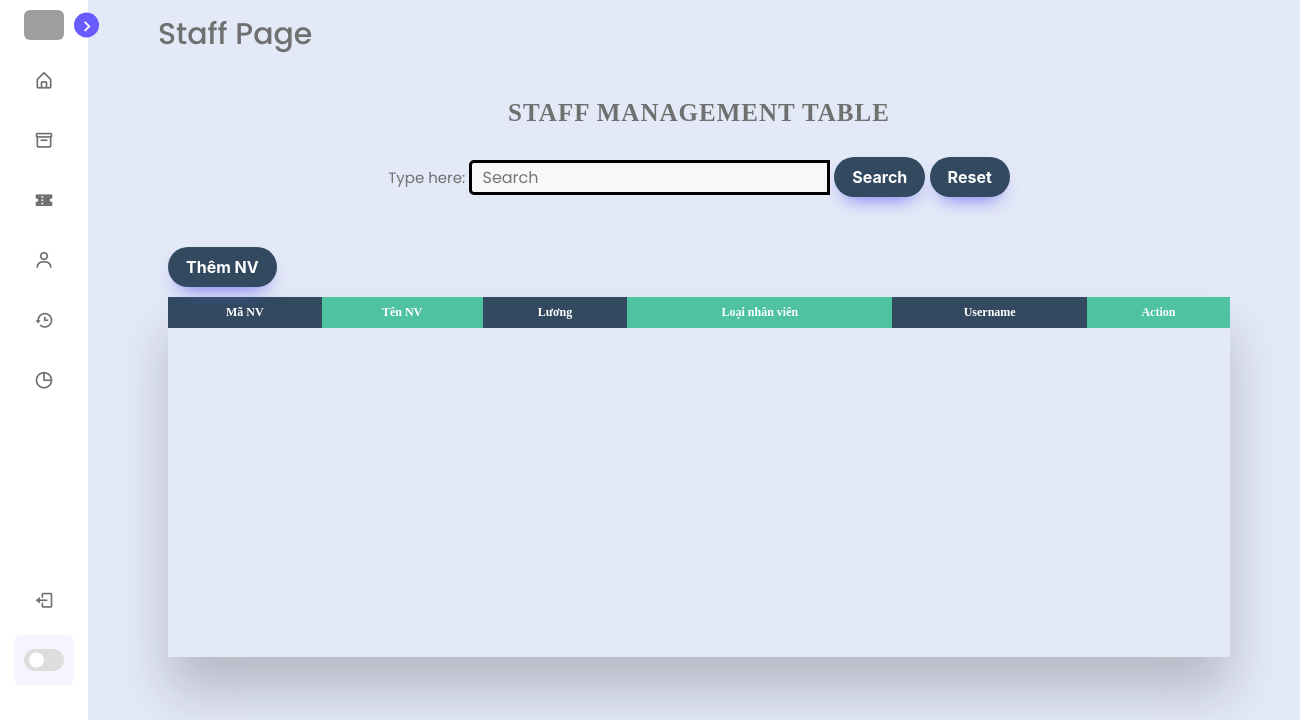
Repository: JeffDaveHudson/CapstoneProject
Page: http://localhost/CapstoneProject/stafflist
An editor plug-in stored every save of this project. The page is shown before and after the next save, followed by the edit.
The browser window is 1280 px wide. The page is 1300 px wide, so the pictures cover 1300 px, including what lies to the right of the window. The pictures show the whole page.
Pictures or frames that could not be fetched are drawn as grey boxes. The page is served by Tomcat 9. Queries for data that is not in the repository find no rows.

Above is the page before, as saved 2023-05-19 04:35:22.

After the next save:
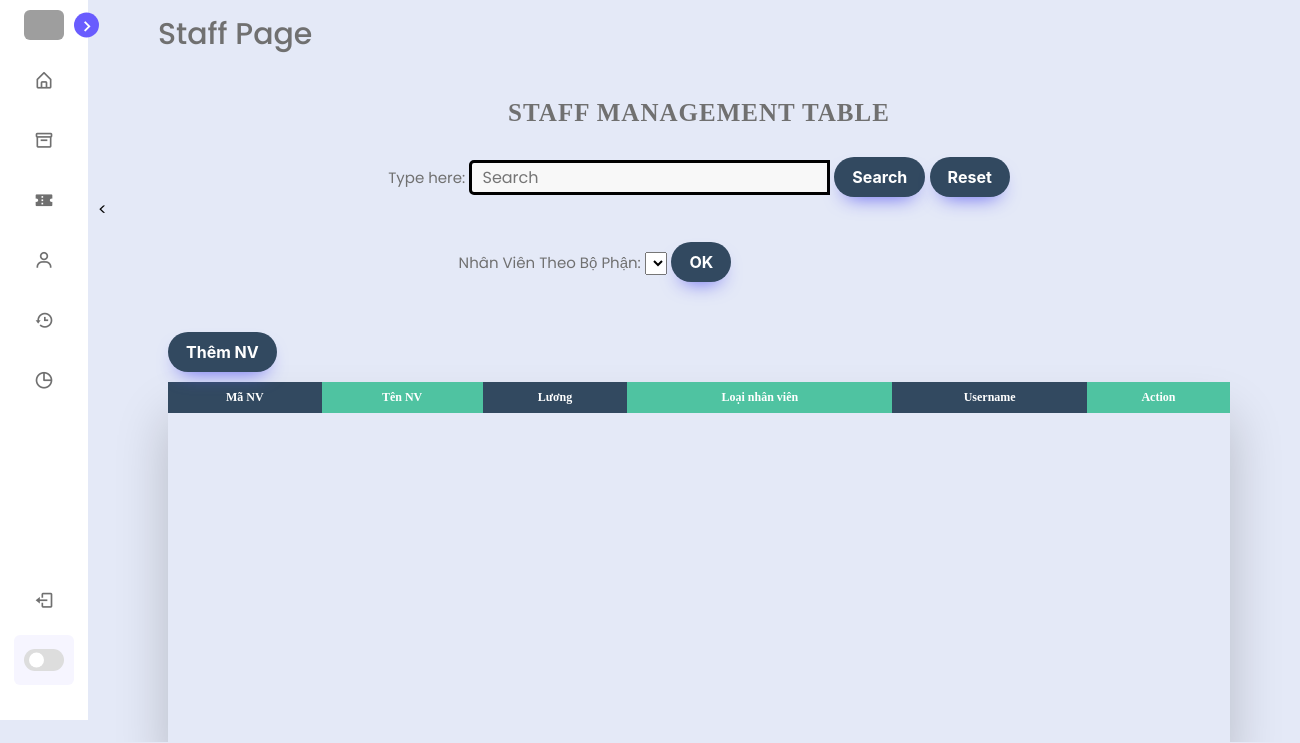
Saved 34 s later.
--- a/CapstoneProject/src/main/webapp/admin/Staff.jsp
+++ b/CapstoneProject/src/main/webapp/admin/Staff.jsp
@@ -45,7 +45,7 @@
 
 		</form>
 
-		<%-- <div style="margin-left: 30%; margin-top: 20px">
+		<<div style="margin-left: 30%; margin-top: 20px">
 			<form action="staffbydepartment" method="post">
 			<p class="text2">Nhân Viên Theo Bộ Phận:</p>
 			<select name="staffTypeClicked">
@@ -55,7 +55,7 @@
 			</select>
 			<button class="button-search" type="submit">OK</button>
 		</form>
-		</div> --%>
+		</div>
 
 		<br> <br> <a href="staffcreateform">
 			<button style="margin-left: 70px" class="button-search">Thêm
